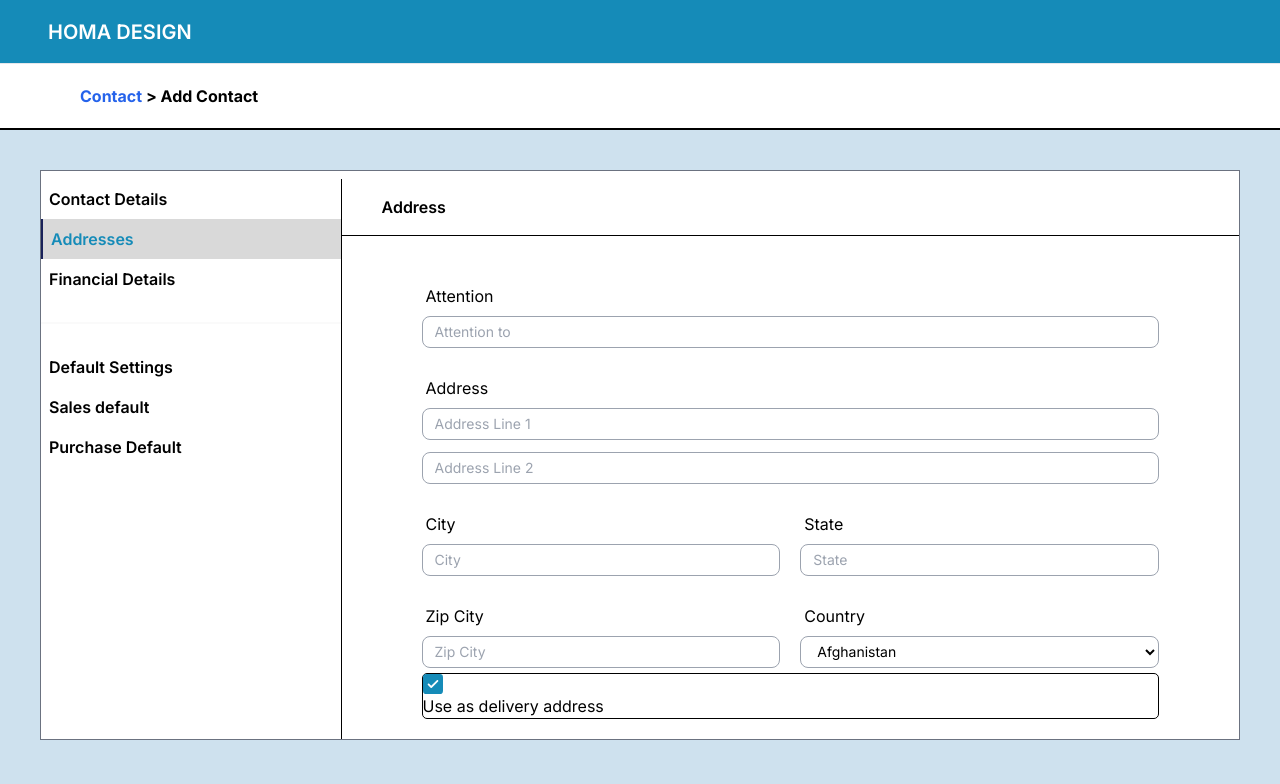
Repository: khairul35/homa-FE
Page: /contact
An editor plug-in stored every save of this project. The page is shown before and after the next save, followed by the edit.
The browser window is 1280 px wide. The pictures show the whole page.
The project was rebuilt for these pictures with package versions that can differ from the ones it lists, and the page was loaded fresh each time. The framework's server and built-in components were replaced by stand-ins that run in the browser. Also part of the build but not shown: next.config.js, app/components/layout/header/BusinessMenu.tsx, app/components/layout/header/CompanyMenu.tsx, app/contact/index.component.tsx, app/contact/form/contact-details/index.module.css, app/contact/form/contact-details/index.component.tsx, app/contact/form/contact-details/index.tsx.

Above is the page before, as saved 2024-01-07 21:19:33.

After the next save:
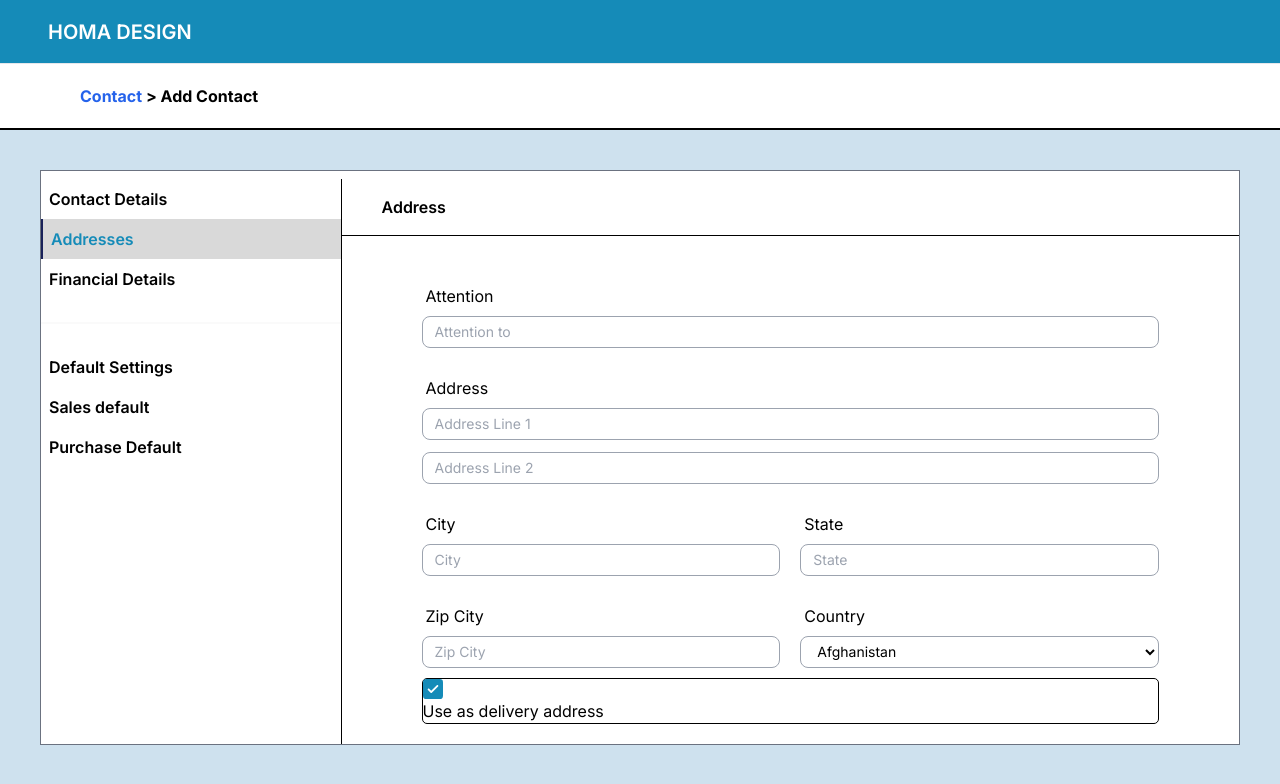
Saved 8 s later.
--- a/app/contact/form/address/index.module.css
+++ b/app/contact/form/address/index.module.css
@@ -14,5 +14,5 @@
     border-radius: 5px;
     border: 1px solid #000;
     background: #FFF;
-    margin-top: 5px;
+    margin-top: 10px;
 }
